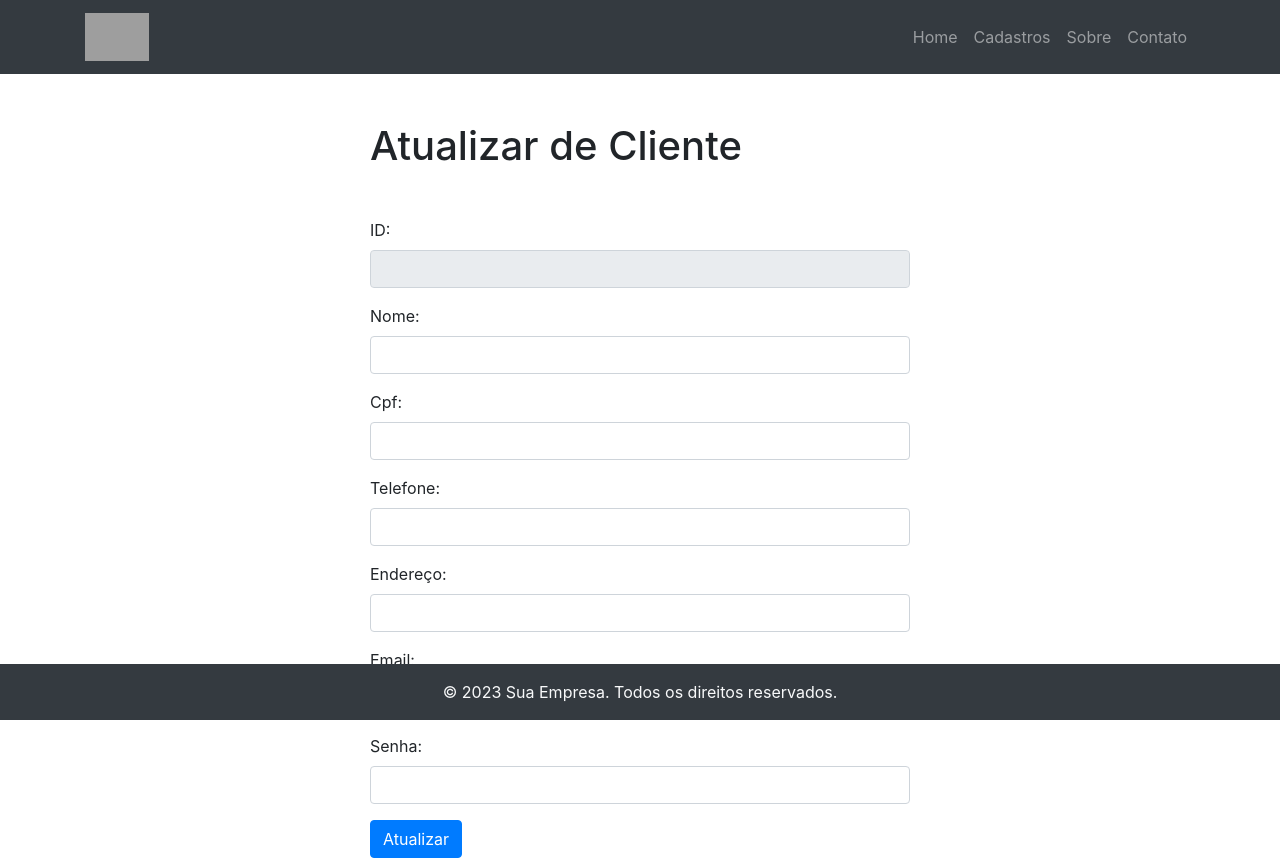
Repository: marcelledssantos/PotterTravel-MVC
Page: http://localhost/PotterTravel-MVC/atualizar.jsp
The author's editor kept a copy of each file at every save. The page is drawn from the files as they stood at one save, then again after the next save.
The browser window is 1280 px wide. The pictures show the whole page.
Pictures or frames that could not be fetched are drawn as grey boxes. Some web libraries are served in a nearby version. The page is served by Tomcat 9. Other server files are loaded and not shown. The template is opened directly, without the code that normally fills it, so the values that code supplies are empty.

Above is the page before, as saved 2023-10-31 23:38:56.

### PotterTravel-MVC/src/main/webapp/atualizar.jsp
<%@ page language="java" contentType="text/html; charset=UTF-8"
	pageEncoding="UTF-8"%>
<!DOCTYPE html>
<html>
<head>
<meta charset="UTF-8">
<link rel="icon" type="image/x-icon" href="./icon/favicon.ico">
<link rel="stylesheet" href="https://maxcdn.bootstrapcdn.com/bootstrap/4.5.2/css/bootstrap.min.css">
<title>Update</title>
</head>
<body>
    <!-- Cabeçalho -->
    <header>
        <nav class="navbar navbar-expand-lg navbar-dark  bg-dark text-light">
            <div class="container">
                <a class="navbar-brand" href="#"><img src="./icon/samurai.png" height="48px"/></a>
                <button class="navbar-toggler" type="button" data-toggle="collapse" data-target="#navbarNav" aria-controls="navbarNav" aria-expanded="false" aria-label="Toggle navigation">
                    <span class="navbar-toggler-icon"></span>
                </button>
                <div class="collapse navbar-collapse" id="navbarNav">
                    <ul class="navbar-nav ml-auto">
                        <li class="nav-item">
                            <a class="nav-link" href="index.html">Home</a>
                        </li>
                        <li class="nav-item">
                            <a class="nav-link" href="#cadastros">Cadastros</a>
                        </li>
                        <li class="nav-item">
                            <a class="nav-link" href="#sobre">Sobre</a>
                        </li>
                        <li class="nav-item">
                            <a class="nav-link" href="#contato">Contato</a>
                        </li>
                    </ul>
                </div>
            </div>
        </nav>
    </header>
	<div class="container">
		<div class="row justify-content-center">
			<div class="col-md-6">
				<h1 class="mt-5" >Atualizar de Cliente</h1>
				<form class="mt-5" action="UpdateController" method="post">
				<div class="form-group">
						<label for="nome">ID:</label> <input type="text"
							class="form-control" id="id" name="id" value="${client.id}" readonly>
					</div>
					<div class="form-group">
						<label for="nome">Nome:</label> <input type="text"
							class="form-control" id="nome" name="nome" value="${client.nome}" required>
					</div>
					<div class="form-group">
						<label for="cpf">Cpf:</label> <input type="text"
							class="form-control" id="cpf" name="cpf" value="${cliente.cpf}" required>
					</div>
					<div class="form-group">
						<label for="teleone">Telefone:</label> <input type="text"
							class="form-control" id="telefone" name="telefone" value="${cliente.telefone}" required>
					</div>
					<div class="form-group">
						<label for="endereco">Endereço:</label> <input type="text"
							class="form-control" id="endereco" name="endereco" value="${cliente.endereco}" required>
					</div>
					<div class="form-group">
						<label for="email">Email:</label> <input type="email"
							class="form-control" id="email" name="email" value="${cliente.email}" required>
					</div>
					<div class="form-group">
						<label for="senha">Senha:</label> <input type="password"
							class="form-control" id="senha" name="senha" value="${client.senha}" required>
					</div>

					<button type="submit" class="btn btn-primary">Atualizar</button>
				</form>
			</div>
		</div>
	</div>
	 <!-- Rodapé -->
    <footer class="bg-dark text-light text-center py-3 fixed-bottom">
        &copy; 2023 Sua Empresa. Todos os direitos reservados.
    </footer>


	<!-- Inclua os scripts do Bootstrap via CDN -->
	<script src="https://code.jquery.com/jquery-3.5.1.slim.min.js"></script>
	<script
		src="https://cdn.jsdelivr.net/npm/@popperjs/core@2.5.3/dist/umd/popper.min.js"></script>
	<script
		src="https://maxcdn.bootstrapcdn.com/bootstrap/4.5.2/js/bootstrap.min.js"></script>

</body>
</html>

After the next save:
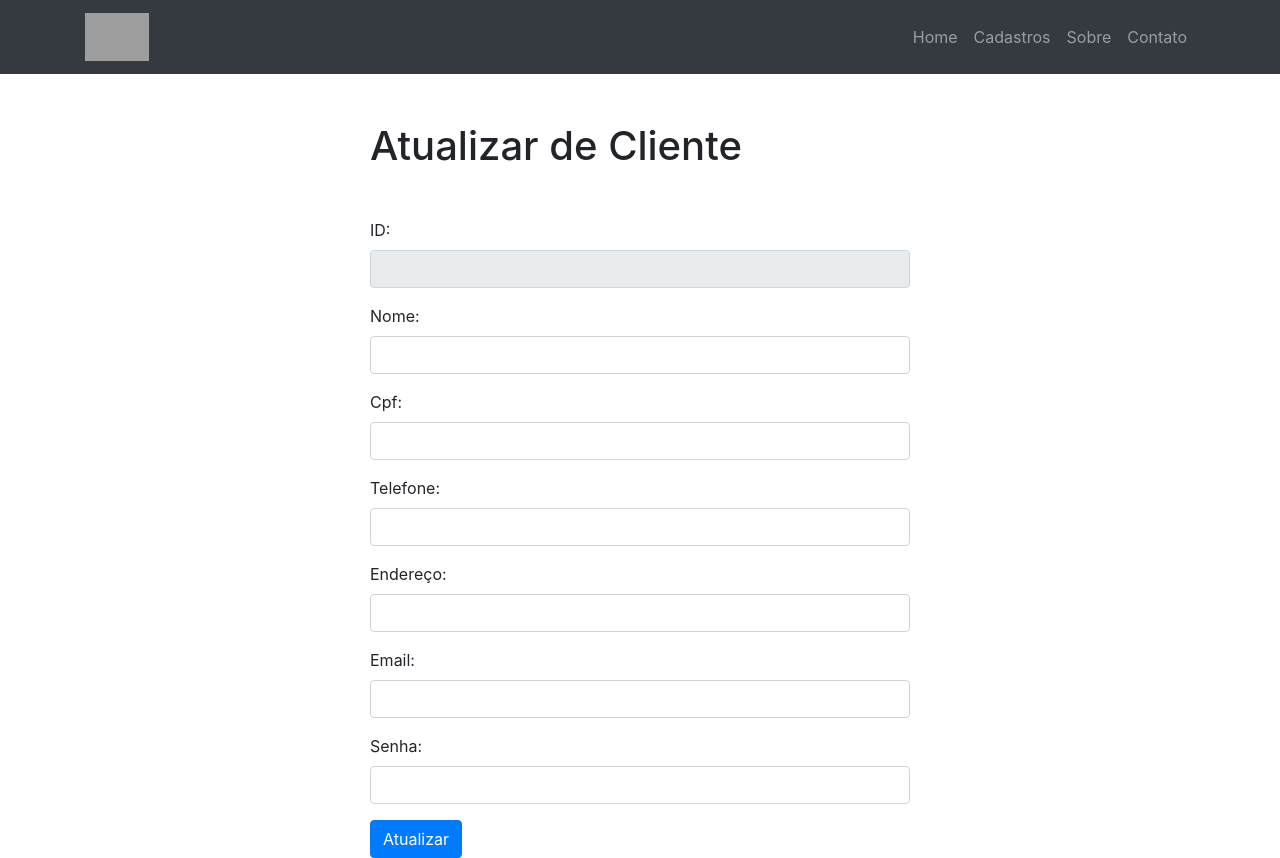
Saved 40 s later.
--- a/PotterTravel-MVC/src/main/webapp/atualizar.jsp
+++ b/PotterTravel-MVC/src/main/webapp/atualizar.jsp
@@ -76,9 +76,7 @@
 		</div>
 	</div>
 	 <!-- Rodapé -->
-    <footer class="bg-dark text-light text-center py-3 fixed-bottom">
-        &copy; 2023 Sua Empresa. Todos os direitos reservados.
-    </footer>
+
 
 
 	<!-- Inclua os scripts do Bootstrap via CDN -->
